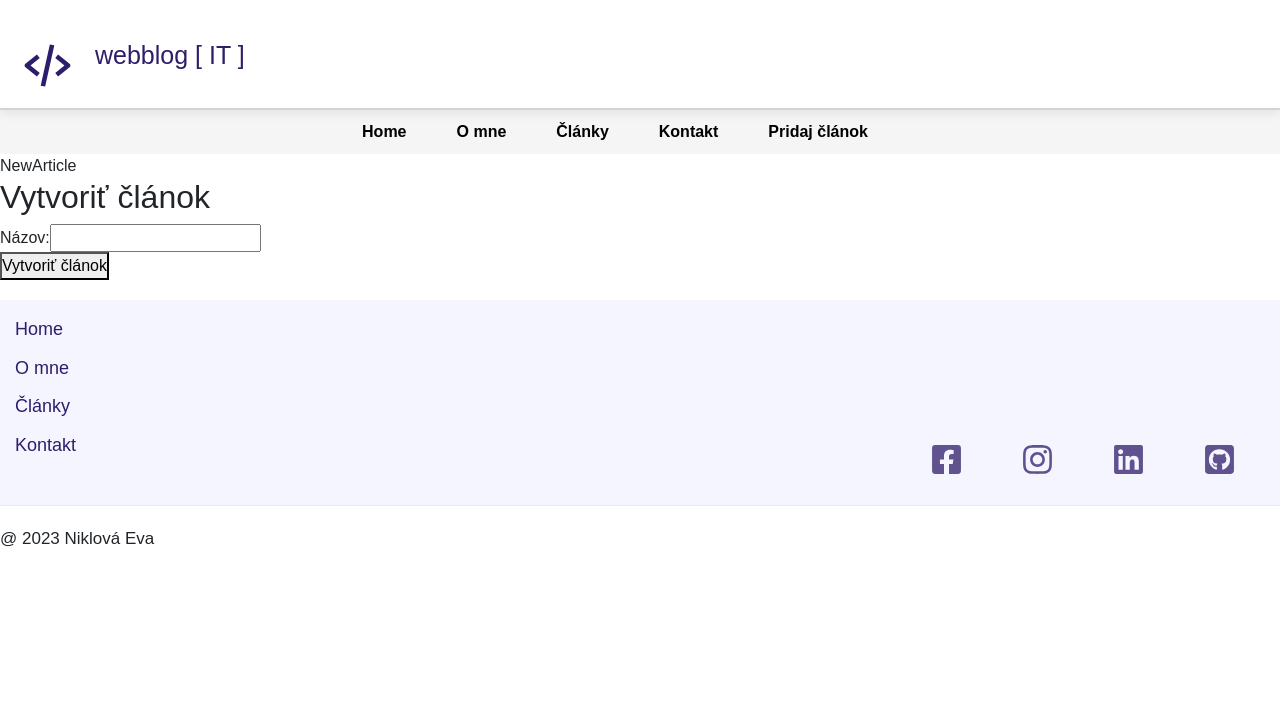
Repository: eniklova/github-bl
Page: /newarticel
These files come from the project's save history. The page is drawn as it stood at one moment and after a run of saves; the edit follows.
The browser window is 1280 px wide. The pictures show the whole page.
Some web fonts or font styles are not loaded; a fallback is used. The project was rebuilt for these pictures with package versions that can differ from the ones it lists, and the page was loaded fresh each time. Also part of the build but not shown: src/services/api.js, src/components/ArticleList.js, src/components/HeroSlider.css, src/components/HeroSlider.js, src/pages/Home.js, src/pages/Aboutme.js, src/data.js, src/pages/Articles.js and 2 more.

Above is the page before, as saved 2023-10-09 14:33:22.

After the next 2 saves:
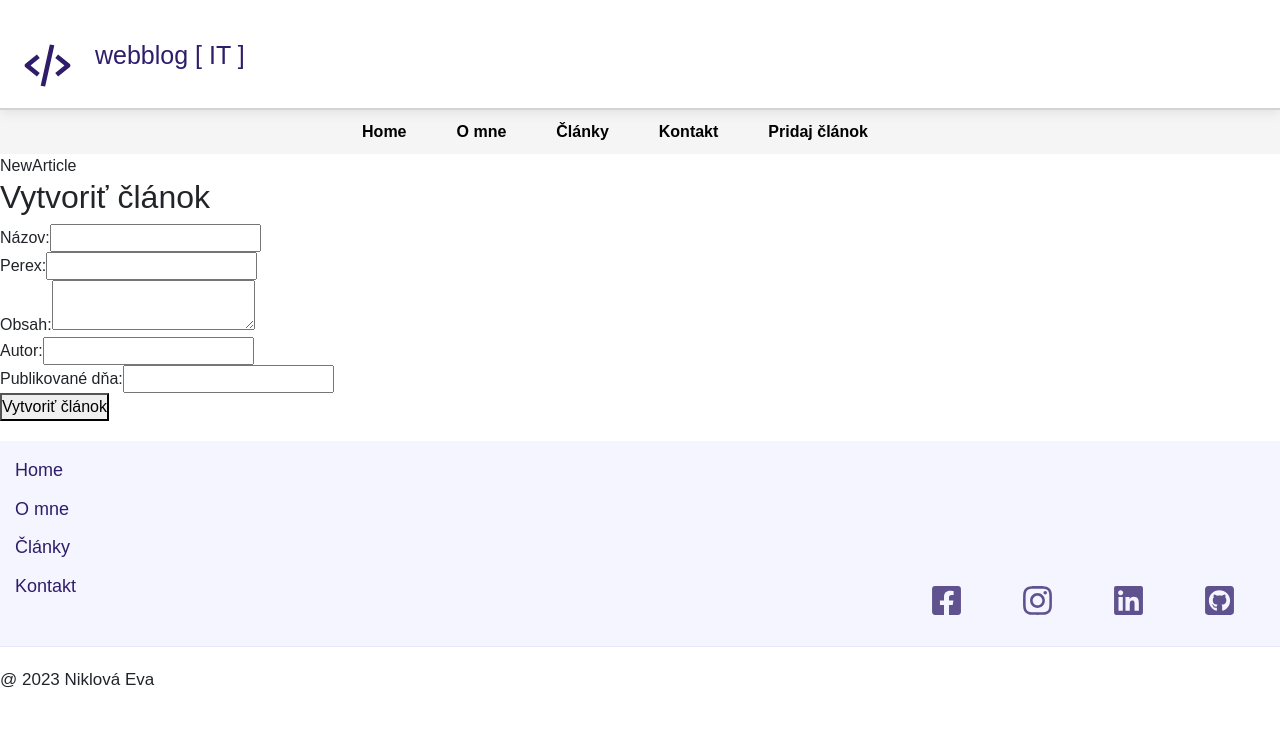
The 2 saves are shown as one change because 1 did not build or start.
The last was saved 106 s later.
--- a/src/pages/NewArticel.js
+++ b/src/pages/NewArticel.js
@@ -1,5 +1,5 @@
 import React from 'react';
-import ArticleForm from '../components/ArticleForm'; // Uistite sa, že cesta k súboru ArticleForm.js je správna
+import ArticleForm from '../components/OneArticel';
 
 function NewArticle() {
   return (
